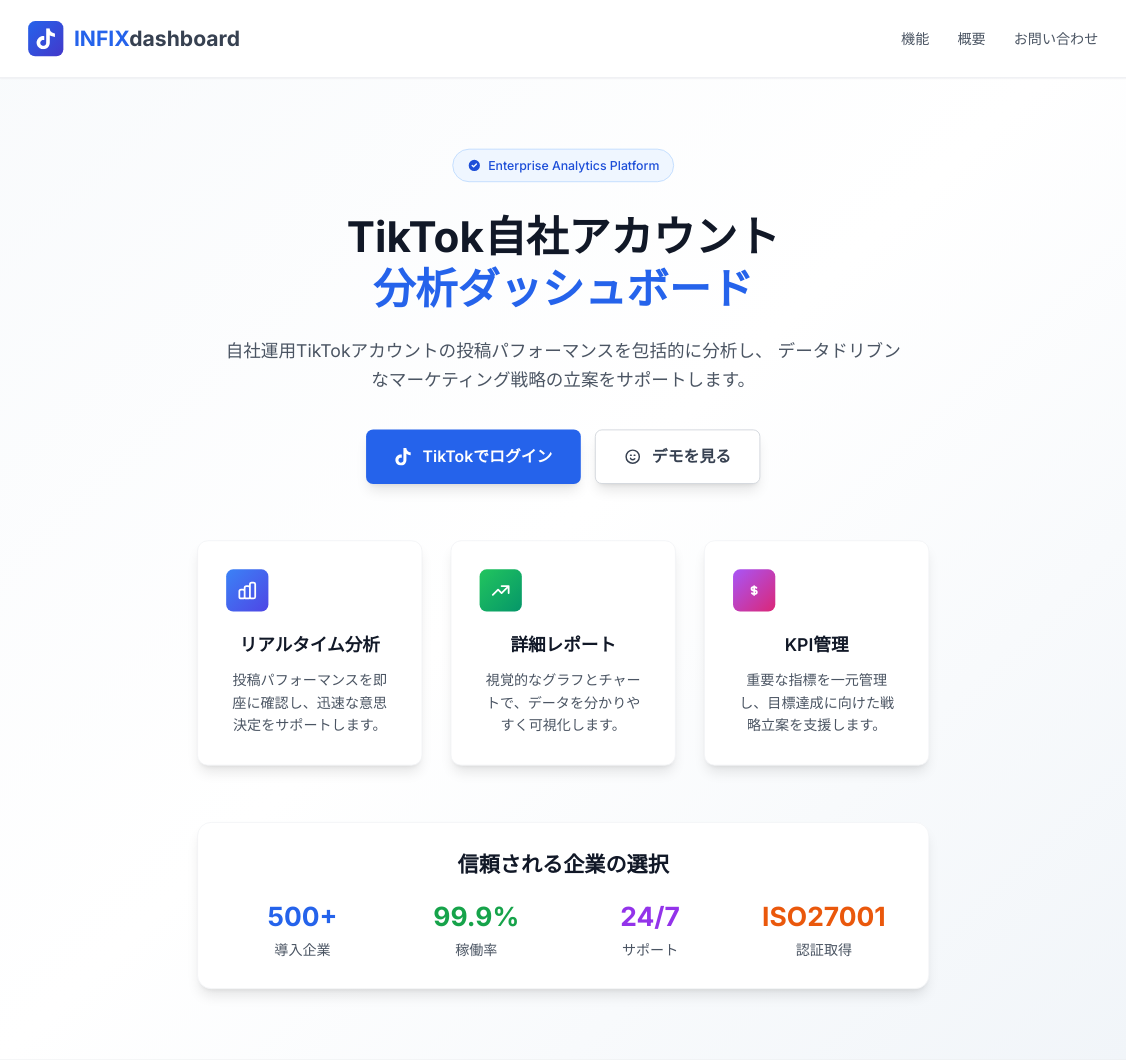
Repository: masayasusuzuki/LogicaMarketingTool
Page: /
An editor plug-in stored every save of this project. The page is shown before and after the next save, followed by the edit.
The browser window is 1280 px wide. The pictures show the whole page, at 88% of full size.
The project was rebuilt for these pictures with package versions that can differ from the ones it lists, and the page was loaded fresh each time. The framework's server and built-in components were replaced by stand-ins that run in the browser. Also part of the build but not shown: next.config.js.

Above is the page before, as saved 2025-08-07 12:34:17.

After the next save:
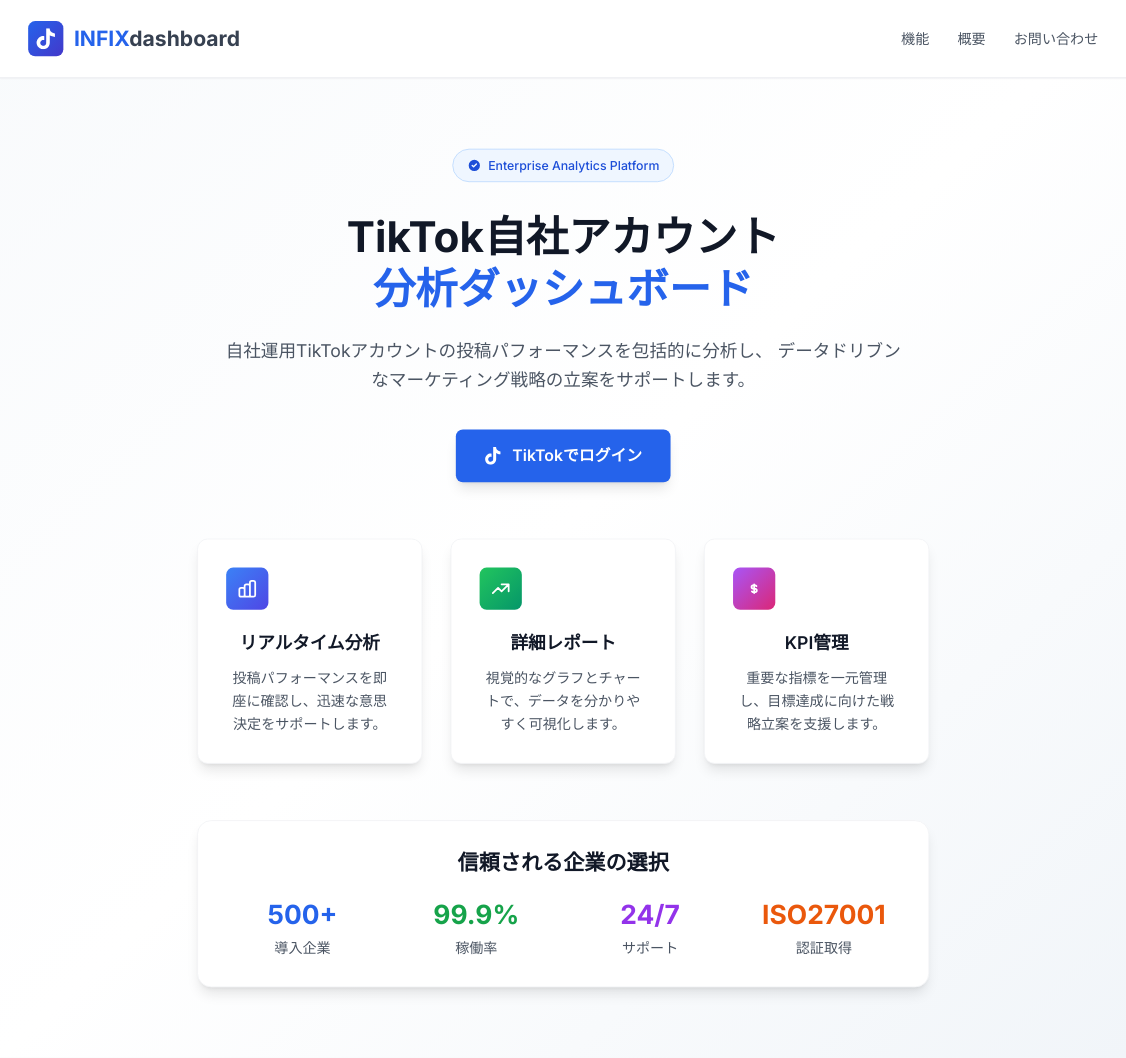
Saved 88 s later.
--- a/src/app/page.tsx
+++ b/src/app/page.tsx
@@ -52,7 +52,7 @@
               データドリブンなマーケティング戦略の立案をサポートします。
             </p>
 
-            <div className="flex flex-col sm:flex-row gap-4 justify-center">
+            <div className="flex justify-center">
               <Link
                 href="/dashboard"
                 className="inline-flex items-center justify-center px-8 py-4 bg-blue-600 hover:bg-blue-700 text-white font-semibold rounded-lg text-lg transition-colors duration-200 shadow-lg hover:shadow-xl"
@@ -62,13 +62,6 @@
                 </svg>
                 TikTokでログイン
               </Link>
-
-              <button className="inline-flex items-center justify-center px-8 py-4 bg-white hover:bg-gray-50 text-gray-700 font-semibold rounded-lg text-lg transition-colors duration-200 border border-gray-300 shadow-lg hover:shadow-xl">
-                <svg className="w-5 h-5 mr-3" fill="none" stroke="currentColor" viewBox="0 0 24 24">
-                  <path strokeLinecap="round" strokeLinejoin="round" strokeWidth={2} d="M14.828 14.828a4 4 0 01-5.656 0M9 10h1m4 0h1m-6 4h.01M21 12a9 9 0 11-18 0 9 9 0 0118 0z"/>
-                </svg>
-                デモを見る
-              </button>
             </div>
           </div>
 
